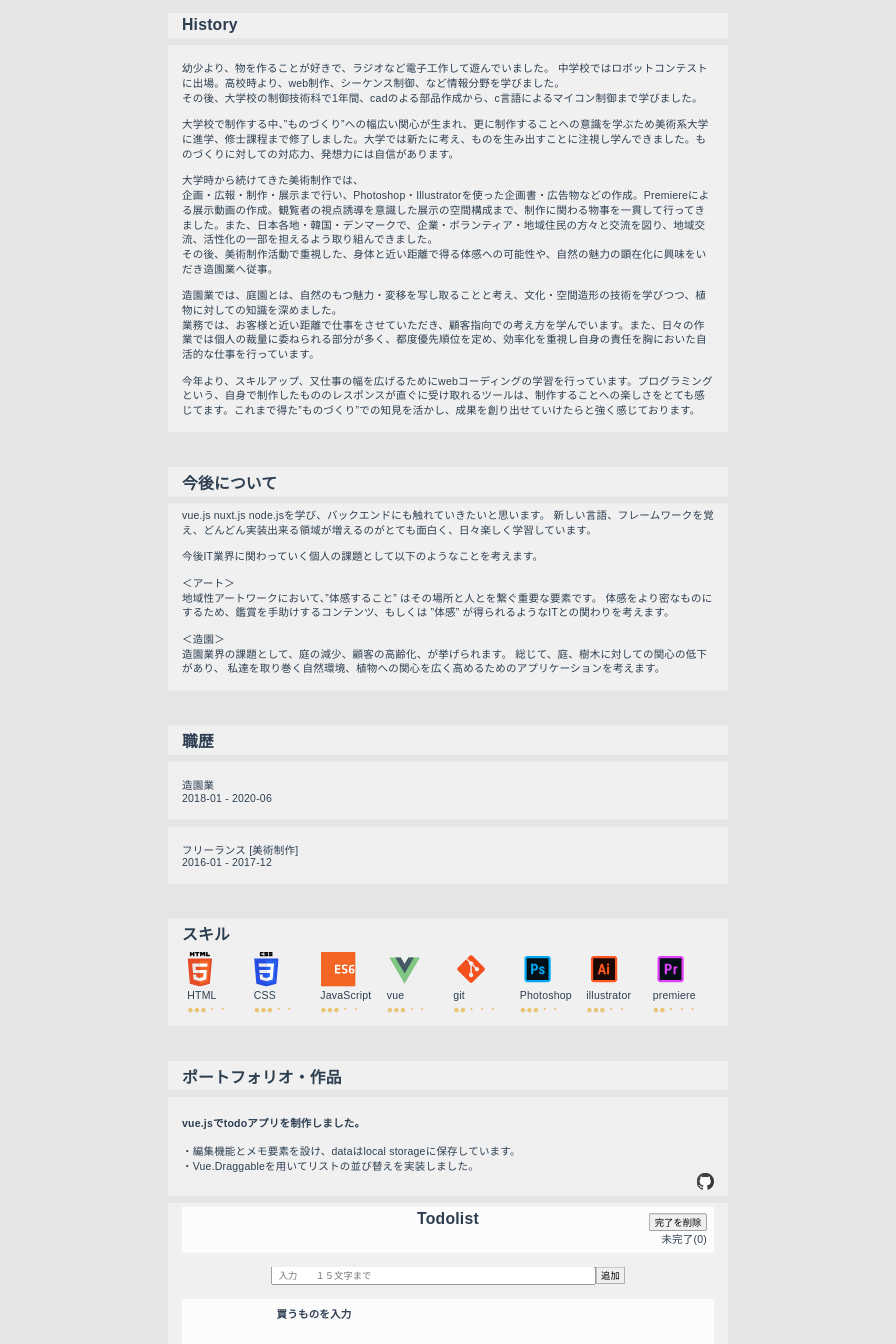
Repository: takeco/my-portfolio
Page: /
The author's editor kept a copy of each file at every save. The page is drawn from the files as they stood at one save, then again after the next save.
The browser window is 1280 px wide. The pictures show the part of the page from y = 509 to 2429 px (the page is 3861 px tall before and 3878 px after), at 70% of full size.
The project was rebuilt for these pictures with package versions that can differ from the ones it lists, and the page was loaded fresh each time.

Above is the page before, as saved 2020-08-25 16:44:01.

### public/index.html
<!DOCTYPE html>
<html lang="jp">
  <head>
    <meta charset="utf-8" />
    <meta http-equiv="X-UA-Compatible" content="IE=edge" />
    <meta name="viewport" content="width=device-width,initial-scale=1.0" />
    <meta name="robots" content="noindex" />
    <link rel="icon" href="<%= BASE_URL %>favicon.ico" />
    <title><%= htmlWebpackPlugin.options.title %></title>
  </head>
  <body>
    <noscript>
      <strong
        >We're sorry but <%= htmlWebpackPlugin.options.title %> doesn't work
        properly without JavaScript enabled. Please enable it to
        continue.</strong
      >
    </noscript>
    <div id="app"></div>

    <!-- built files will be auto injected -->
  </body>
  <style></style>
</html>

### src/App.vue
<template>
  <div :class="$style.app">
    <MainContents></MainContents>
  </div>
</template>

<script>
import MainContents from "./components/MainContents";

export default {
  name: "App",
  components: {
    MainContents
  }
};
</script>

<style module>
.app {
  font-family: "游ゴシック体", YuGothic, "游ゴシック Medium", "Yu Gothic Medium",
    "游ゴシック", "Yu Gothic", "メイリオ", sans-serif;
  -webkit-font-smoothing: antialiased;
  -moz-osx-font-smoothing: grayscale;
  color: #2c3e50;
  background-color: #e5e5e5;
}
</style>

### src/components/MainContents.vue
<template>
  <div :class="$style.body">
    <nav>
      <!-- <ul>
        <li>
          <p>home</p>
        </li>
        <li>
          <p>History</p>
        </li>
        <li>
          <p></p>
        </li>
        <li>
          <p></p>
        </li>
        <li>
          <p></p>
        </li>
      </ul>-->
    </nav>
    <div>
      <img src="../../public/img/nirasaki-12.jpg" alt="artWorkPhoto" />
      <h1>
        <span>TAKEKOSHI Kohei</span>
        Portfolio
      </h1>
    </div>
    <section>
      <ul>
        <li>
          <h2>History</h2>
          <p>
            <br />幼少より、物を作ることが好きで、ラジオなど電子工作して遊んでいました。
            中学校ではロボットコンテストに出場。高校時より、web制作、シーケンス制御、など情報分野を学びました。
            <br />その後、大学校の制御技術科で1年間、cadのよる部品作成から、c言語によるマイコン制御まで学びました。
            <br />
            <br />大学校で制作する中、”ものづくり”への幅広い関心が生まれ、更に制作することへの意識を学ぶため美術系大学に進学、修士課程まで修了しました。大学では新たに考え、ものを生み出すことに注視し学んできました。ものづくりに対しての対応力、発想力には自信があります。
            <br />
            <br />大学時から続けてきた美術制作では、
            <br />企画・広報・制作・展示まで行い、Photoshop・Illustratorを使った企画書・広告物などの作成。Premiereによる展示動画の作成。観覧者の視点誘導を意識した展示の空間構成まで、制作に関わる物事を一貫して行ってきました。また、日本各地・韓国・デンマークで、企業・ボランティア・地域住民の方々と交流を図り、地域交流、活性化の一部を担えるよう取り組んできました。
            <br />その後、美術制作活動で重視した、身体と近い距離で得る体感への可能性や、自然の魅力の顕在化に興味をいだき造園業へ従事。
            <br />
            <br />造園業では、庭園とは、自然のもつ魅力・変移を写し取ることと考え、文化・空間造形の技術を学びつつ、植物に対しての知識を深めました。
            <br />業務では、お客様と近い距離で仕事をさせていただき、顧客指向での考え方を学んでいます。また、日々の作業では個人の裁量に委ねられる部分が多く、都度優先順位を定め、効率化を重視し自身の責任を胸においた自活的な仕事を行っています。
            <br />
            <br />今年より、スキルアップ、又仕事の幅を広げるためにwebコーディングの学習を行っています。プログラミングという、自身で制作したもののレスポンスが直ぐに受け取れるツールは、制作することへの楽しさをとても感じてます。これまで得た”ものづくり”での知見を活かし、成果を創り出せていけたらと強く感じております。
            <br />
            <br />
          </p>
        </li>

        <li>
          <h2>今後について</h2>
          <p>
            vue.js nuxt.js
            node.jsを学び、バックエンドにも触れていきたいと思います。
            新しい言語、フレームワークを覚え、どんどん実装出来る領域が増えるのがとても面白く、日々楽しく学習しています。
            <br />
            <br />今後IT業界に関わっていく個人の課題として以下のようなことを考えます。
            <br />
            <br />＜アート＞
            <br />地域性アートワークにおいて、”体感すること”
            はその場所と人とを繋ぐ重要な要素です。
            体感をより密なものにするため、鑑賞を手助けするコンテンツ、もしくは
            ”体感” が得られるようなITとの関わりを考えます。
            <br />
            <br />＜造園＞
            <br />造園業界の課題として、庭の減少、顧客の高齢化、が挙げられます。
            総じて、庭、樹木に対しての関心の低下があり、
            私達を取り巻く自然環境、植物への関心を広く高めるためのアプリケーションを考えます。
            <br />
            <br />
          </p>
        </li>
        <li>
          <h2>職歴</h2>
          <p>
            <br />造園業
            <br />2018-01 - 2020-06
            <br />
            <br />
          </p>
          <p>
            <br />フリーランス [美術制作]
            <br />2016-01 - 2017-12
            <br />
            <br />
          </p>
        </li>
        <li>
          <div>
            <h2>スキル</h2>
            <ul>
              <li>
                <img src="../../public/img/html5.svg" alt />
                <p>HTML</p>
                <p>●●●・・</p>
              </li>
              <li>
                <img src="../../public/img/css3.svg" alt />
                <p>CSS</p>
                <p>●●●・・</p>
              </li>
              <li>
                <img src="../../public/img/es6.svg" alt />
                <p>JavaScript</p>
                <p>●●●・・</p>
              </li>
              <li>
                <img src="../../public/img/vue.svg" alt />
                <p>vue</p>
                <p>●●●・・</p>
              </li>
              <li>
                <img src="../../public/img/git.svg" alt />
                <p>git</p>
                <p>●●・・・</p>
              </li>
              <li>
                <img src="../../public/img/Photoshop.svg" alt />
                <p>Photoshop</p>
                <p>●●●・・</p>
              </li>
              <li>
                <img src="../../public/img/illustrator.svg" alt />
                <p>illustrator</p>
                <p>●●●・・</p>
              </li>
              <li>
                <img src="../../public/img/premiere.svg" alt />
                <p>premiere</p>
                <p>●●・・・</p>
              </li>
            </ul>
          </div>
        </li>
        <li>
          <h2>ポートフォリオ・作品</h2>
          <div>
            <h4>vue.jsでtodoアプリを制作しました。</h4>
            <p>
              ・編集機能とメモ要素を設け、dataはlocal
              storageに保存しています。
              <br />・Vue.Draggableを用いてリストの並び替えを実装しました。
            </p>
            <p>
              <a href="https://github.com/takeco/my-portfolio/tree/todolist" target="blank">
                <img src="../../public/img/github.svg" alt />
              </a>
            </p>
          </div>
          <TodoList></TodoList>
          <div>
            <h3>JavaScriptでtodoアプリを制作しました。</h3>
            <p>・ゴミ箱フォルダを実装し、サイドボタンで画面が切り替わるようにしています。</p>
            <ul>
              <li>
                <img src="../../public/img/jstodoapp1.png" alt />
              </li>
              <li>
                <img src="../../public/img/jstodoapp2.png" alt />
              </li>
            </ul>
            <p>
              <a href="https://takeco.github.io/js-todoApplication/" target="blank">サイトリンク</a>
              <a href="https://github.com/takeco/js-todoApplication" target="blank">
                <img src="../../public/img/github.svg" alt />
              </a>
            </p>
          </div>
          <div>
            <h3>サイト模写</h3>
            <p>html css を用いてWordPressデモサイトの模写を行いました。</p>
            <ul>
              <li>
                <img src="../../public/img/trace1.jpg" alt />
              </li>
              <li>
                <img src="../../public/img/trace2.jpg" alt />
              </li>
            </ul>
            <p>
              <a href="https://takeco.github.io/trace-site/" target="blank">トレース元</a>
              <a href="https://github.com/takeco/trace-site" target="blank">
                <img src="../../public/img/github.svg" alt />
              </a>
            </p>
          </div>
          <div>
            <h3>art work</h3>
            <ul>
              <li>
                <a href="https://takecocc.work/work/ube/" target="blank">
                  <img src="../../public/img/tree_of_ube_1_Copyright_Nobuo_Shimose.jpg" alt />
                  <p>宇部の木 tree of ube</p>
                </a>
                <p>in UBE Biennale</p>
              </li>
              <li>
                <a href="https://takecocc.work/work/shodoshima/" target="blank">
                  <img src="../../public/img/tree_of_shodosima_Copyright_Chukyo_Ozawa_-7.jpg" alt />
                  <p>小豆島の木 tree of shodosima</p>
                </a>
                <p>in Setouchi Triennale</p>
              </li>
              <li>
                <a href="https://takecocc.work/work/odense/" target="blank">
                  <img src="../../public/img/odense_tree-17.jpg" alt />
                  <p>Odense tree Underground sea</p>
                </a>
                <p>in Gæsteatelier Hollufgård</p>
              </li>
              <li>
                <a href="https://takecocc.work/work/nirasaki/ " target="blank">
                  <img src="../../public/img/nirasaki-12.jpg" alt />
                  <p>韮崎の木 Tree of Nirasaki</p>
                </a>
              </li>
            </ul>
            <p>
              <br />art workのportfoliosite
              <a
                href="https://takecocc.work/"
                target="blank"
              >https://takecocc.work/</a>
            </p>
          </div>
        </li>
      </ul>
    </section>
  </div>
</template>

<script>
import TodoList from "./TodoList";

export default {
  name: "App",
  components: {
    TodoList,
  },
};
</script>

<style module>
body,
ul,
li,
p,
span,
div,
h1,
h2,
h3 {
  padding: 0;
  margin: 0;
}
.body {
  width: 100%;
  font-size: 15px;
}
.body a {
  color: #000;
}
.body > div > img {
  width: 100%;
  height: 400px;
  object-fit: cover;
}
.body > div > h1 > span {
  padding: 0 30px 0 10px;
}

.body > section > ul {
  max-width: 800px;
  margin: 0 auto;
  list-style: none;
  word-wrap: break-word;
  padding: 10px;
}
.body > section > ul > li {
  letter-spacing: 0.02em;
  margin: 50px auto;
}
.body > section > ul > li > h2,
.body > section > ul > li > p,
.body > section > ul > li > ul,
.body > section > ul > li > div,
.body > div > h1 {
  background-color: #f0f0f0;
  padding: 5px 20px;
  margin: 10px 0;
}
.body > section > ul > li > div > ul {
  display: flex;
  flex-flow: row wrap;
  justify-content: space-around;
  align-items: flex-start;
  list-style: none;
  margin: 10px 0;
}
.body > section > ul > li:nth-of-type(4) > div > ul > li > p {
  width: 80px;
}
.body > section > ul > li:nth-of-type(4) > div > ul > li > p:nth-of-type(2) {
  color: #e8c473;
}
.body > section > ul > li:nth-of-type(4) > div > ul > li > img {
  height: 50px;
}
.body > section > ul > li > div > p > a {
  padding-left: 20px;
}
.body > section > ul > li:nth-of-type(5) > div > ul > li > img {
  width: 320px;
  height: 230px;
  margin: 10px 5px 20px 0;
}
.body > section > ul > li:nth-of-type(5) > div:last-child > ul > li > a > img {
  width: 300px;
  height: 200px;
  margin: 10px 0;
}
.body > section > ul > li:nth-of-type(5) > div:last-child > ul > li p {
  color: #797979;
  font-size: 12px;
}
.body > section > ul > li:nth-of-type(5) > div > p:last-child {
  color: #797979;
  font-size: 12px;
  text-align: right;
}
</style>

### src/components/TodoList.vue
<template>
  <div :class="$style.body">
    <header>
      <h1>Todolist</h1>
      <nav>
        <button @click="purge">完了を削除</button>
        <p>未完了({{ remaining.length }})</p>
      </nav>
    </header>
    <form @submit.prevent="addTodo">
      <input
        v-model="newTodo"
        type="text"
        placeholder="  入力       １５文字まで"
        maxlength="20"
      />
      <input type="submit" value="追加" />
    </form>
    <section>
      <draggable element="ul" v-if="todos.length">
        <li v-for="(todo, index) in todos" :key="todo.title">
          <input type="checkbox" v-model="todo.isDone" />

          <span :class="{[$style.done]: todo.isDone}">{{ todo.title }}</span>

          <img
            @click="deleteTodo(index)"
            src="../../public/img/dustBox.svg"
            :class="$style.dustBoxImg"
          />
          <form @submit.prevent>
            <input v-show="todo.editor" type="text" v-model="todo.title" />
            <button @click="todo.editor = !todo.editor">
              <span v-show="!todo.editor">編集</span>
              <span v-show="todo.editor">完了</span>
            </button>
          </form>
          <p>memo</p>
          <textarea
            type="text"
            placeholder="メモ"
            v-model="todo.memo"
          ></textarea>
        </li>
      </draggable>
      <ul v-else>
        <li>
          <span>買うものを入力</span>
        </li>
      </ul>
    </section>
  </div>
</template>

<script>
import draggable from "vuedraggable";

export default {
  data() {
    return {
      newTodo: "",
      memo: "",
      todos: [],
    };
  },
  watch: {
    todos: {
      handler() {
        localStorage.setItem("todos", JSON.stringify(this.todos));
      },
      deep: true,
    },
  },
  mounted() {
    this.todos = JSON.parse(localStorage.getItem("todos")) || [];
  },
  methods: {
    addTodo() {
      let item = {
        title: this.newTodo,
        isDone: false,
        editor: false,
        memo: this.memo,
      };
      this.todos.push(item);
      this.newTodo = "";
    },
    deleteTodo(index) {
      this.todos.splice(index, 1);
    },
    purge() {
      if (confirm("完了したものを削除します")) {
        this.todos = this.remaining;
      }
    },
  },
  computed: {
    remaining() {
      return this.todos.filter(function(todo) {
        return !todo.isDone;
      });
    },
  },
  components: {
    draggable,
  },
};
</script>

<style module>
/* width 400px未満 */

.body {
  margin: 0;
  display: flex;
  flex-flow: column nowrap;
  justify-content: center;
  padding: 20px;
}
.body > header {
  background-color: rgba(255, 255, 255, 0.8);
}
.body > header > h1 {
  text-align: center;
  padding: 5px 0 35px 0;
}
.body > header > nav {
  text-align: right;
}
.body > form {
  text-align: center;
  padding: 20px 0;
}
.body > form > input:first-of-type {
  width: 60%;
  height: 20px;
}
.body > section {
  background-color: rgba(255, 255, 255, 0.8);
}

.dustBoxImg {
  width: 20px;
  margin: 0 auto;
  cursor: pointer;
}
.body > section > ul {
  list-style: none;
  max-width: 600px;
  word-wrap: break-word;
  width: 80%;
  margin: 0 auto;
}
.body > section > ul > li {
  border-bottom: solid 1px #bbb;
  padding: 10px 0;
  display: grid;
  grid-template:
    "checkbox todoName dustBox" 30px
    "edit     edit     edit   " 30px
    "    .    memo        .   " auto
    / 50px 1fr 50px;
}
.body > section > ul > li > input:first-of-type {
  grid-area: checkbox;
  height: 40px;
}
.body > section > ul > li > span:first-of-type {
  padding-left: 5px;
  grid-area: todoName;
  word-wrap: anywhere;
  font-weight: 600;
}
.body > section > ul > li > img:first-of-type {
  grid-area: dustBox;
}
.body > section > ul > li > form {
  grid-area: edit;
  text-align: right;
}
.body > section > ul > li > textarea {
  grid-area: memo;
  overflow-wrap: anywhere;
}
.body > section > ul > li > form > input {
  line-height: 20px;
}

.body > section > ul > li > span.done {
  text-decoration: line-through;
  color: #bbb;
}

/* width 800px未満 */
@media (min-width: 400px) {
  .body > header {
    position: relative;
    background-color: rgba(255, 255, 255, 0.8);
  }
  .body > header > nav {
    position: absolute;
    text-align: right;
    right: 10px;
    top: 10px;
  }
}

/* width 850px以上 */
@media (min-width: 850px) {
  .body {
    width: 760px;
    margin: 0 auto;
  }
}
</style>

Loaded but not shown: src/main.js (common file)

After the next save:
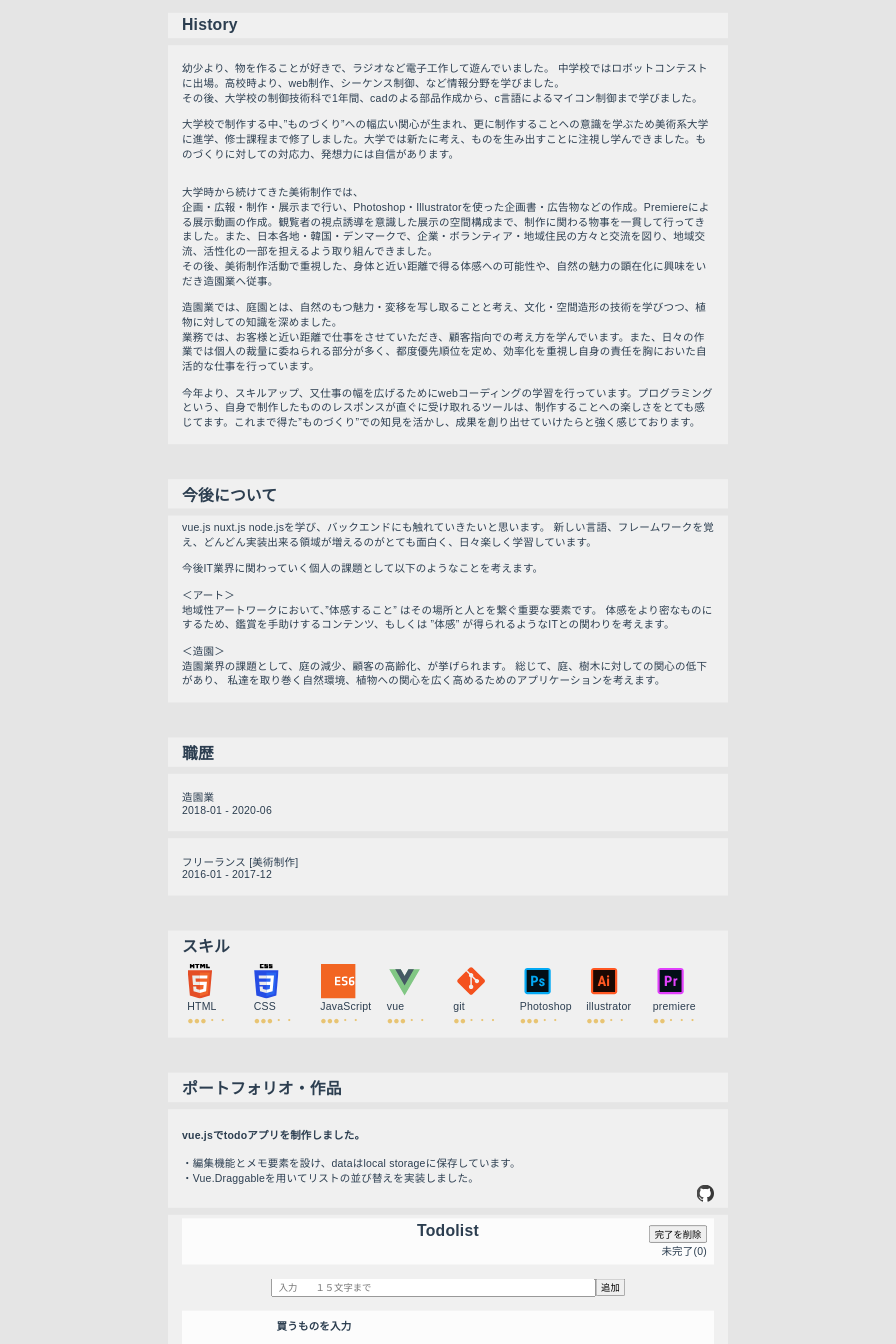
Saved 17 s later.
--- a/src/components/MainContents.vue
+++ b/src/components/MainContents.vue
@@ -36,7 +36,7 @@
             <br />その後、大学校の制御技術科で1年間、cadのよる部品作成から、c言語によるマイコン制御まで学びました。
             <br />
             <br />大学校で制作する中、”ものづくり”への幅広い関心が生まれ、更に制作することへの意識を学ぶため美術系大学に進学、修士課程まで修了しました。大学では新たに考え、ものを生み出すことに注視し学んできました。ものづくりに対しての対応力、発想力には自信があります。
-            <br />
+            <br /><br />
             <br />大学時から続けてきた美術制作では、
             <br />企画・広報・制作・展示まで行い、Photoshop・Illustratorを使った企画書・広告物などの作成。Premiereによる展示動画の作成。観覧者の視点誘導を意識した展示の空間構成まで、制作に関わる物事を一貫して行ってきました。また、日本各地・韓国・デンマークで、企業・ボランティア・地域住民の方々と交流を図り、地域交流、活性化の一部を担えるよう取り組んできました。
             <br />その後、美術制作活動で重視した、身体と近い距離で得る体感への可能性や、自然の魅力の顕在化に興味をいだき造園業へ従事。
